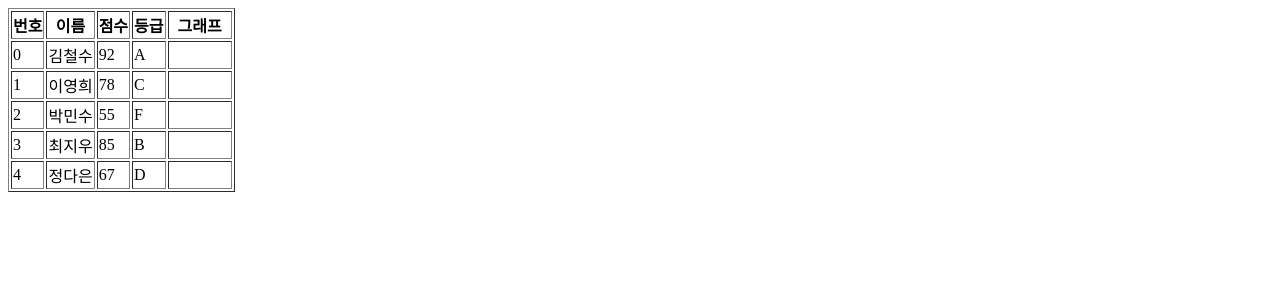
Repository: tldnwkd/jspclass2026
Page: http://localhost/chapter01/example_score.jsp
These files come from the project's save history. The page is drawn as it stood at one moment and after the next save; the edit follows.
The browser window is 1280 px wide. The pictures show the whole page.
The page is served by Tomcat 9.

Above is the page before, as saved 2026-10-16 05:11:07.

After the next save:
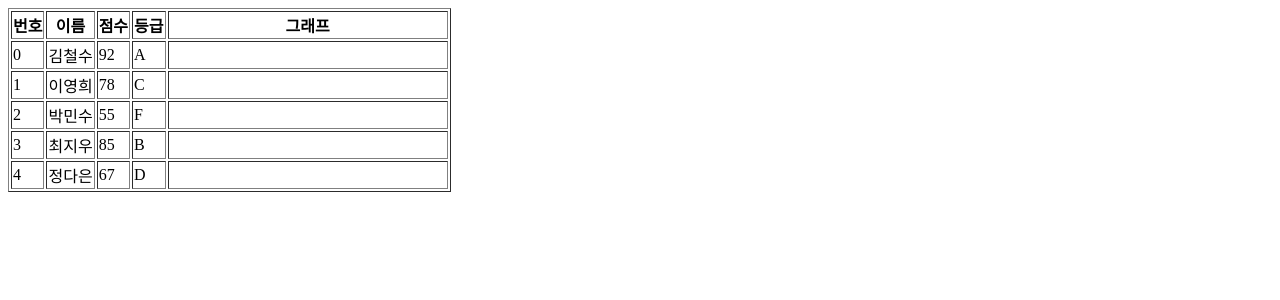
Saved 61 s later.
--- a/chapter01/src/main/webapp/example_score.jsp
+++ b/chapter01/src/main/webapp/example_score.jsp
@@ -36,7 +36,7 @@
 		<td><%=i%></td>
 		<td><%= names[i] %></td><td><%=scores[i]%></td>
 		<td><%= getGrade(scores[i]) %></td>
-		<td><div style="width:60px"></div></td>
+		<td><div style="width:<%=scores[i]*3%>px"></div></td>
 		</tr>
 	<%} %>
 	</table>
